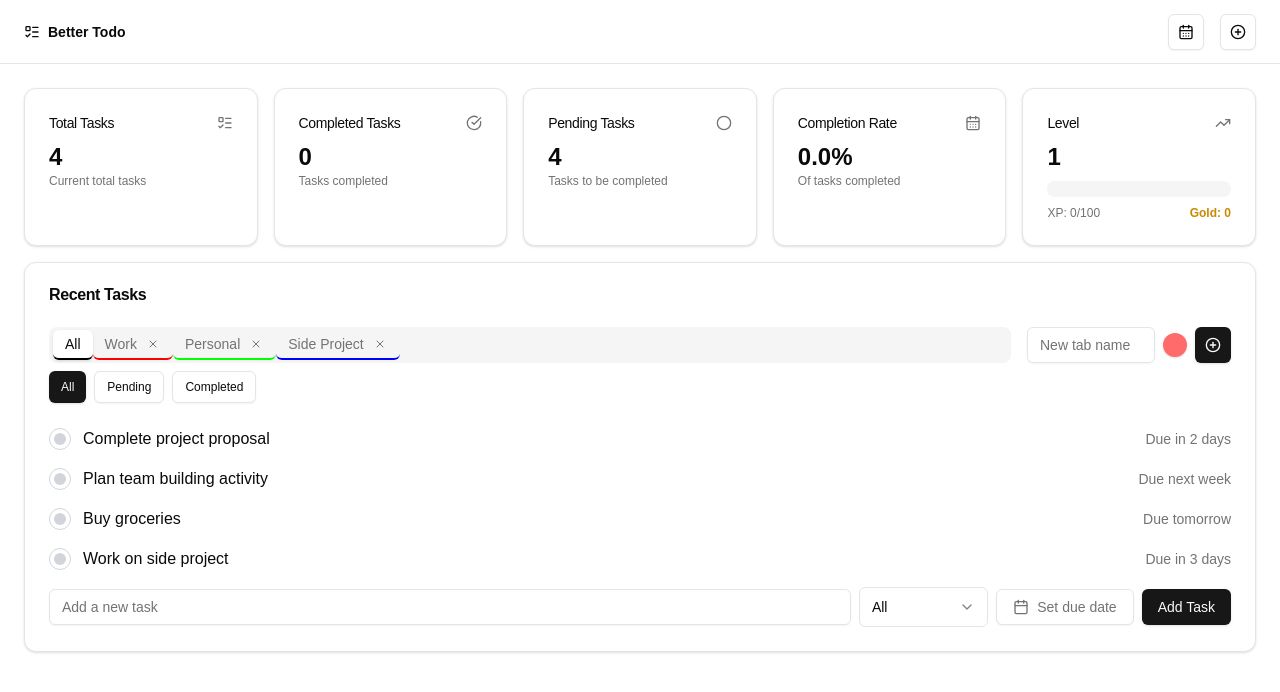
Repository: malikbarbier7/better-todo
Page: /dashboard
An editor plug-in stored every save of this project. The page is shown before and after the next save, followed by the edit.
The browser window is 1280 px wide. The pictures show the whole page.
The project was rebuilt for these pictures with package versions that can differ from the ones it lists, and the page was loaded fresh each time. The framework's server and built-in components were replaced by stand-ins that run in the browser. Also part of the build but not shown: next.config.js, next.config.mjs, components/ui/calendar.tsx.

Above is the page before, as saved 2024-10-04 14:19:16.

After the next save:
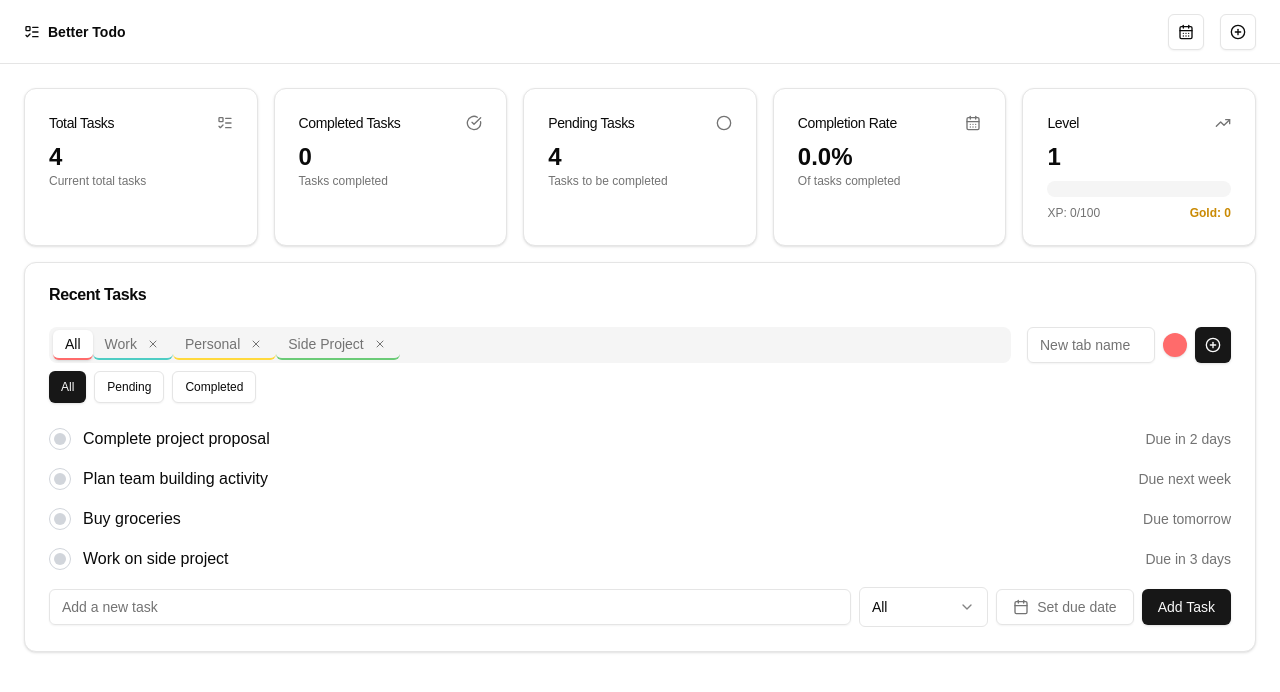
Saved 41 s later.
--- a/components/dashboard.tsx
+++ b/components/dashboard.tsx
@@ -36,10 +36,10 @@ const pasteColors = [
 
 export function Dashboard() {
   const [tabs, setTabs] = React.useState([
-    { name: 'All', color: '#000000' },
-    { name: 'Work', color: '#ff0000' },
-    { name: 'Personal', color: '#00ff00' },
-    { name: 'Side Project', color: '#0000ff' }
+    { name: 'All', color: pasteColors[0] },
+    { name: 'Work', color: pasteColors[1] },
+    { name: 'Personal', color: pasteColors[2] },
+    { name: 'Side Project', color: pasteColors[3] }
   ])
   const [activeTab, setActiveTab] = React.useState('All')
   const [newTabName, setNewTabName] = React.useState('')
